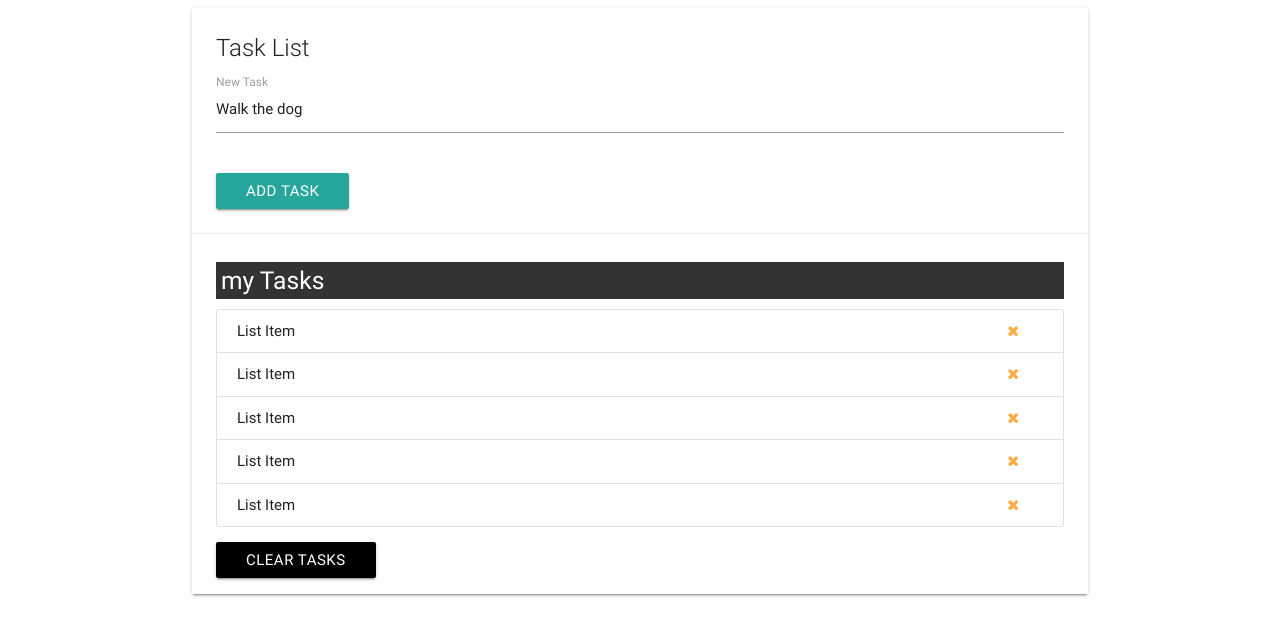
Repository: brianokanga/modern-javascript
Page: Section 3/index.html
These files come from the project's save history. The page is drawn as it stood at one moment and after the next save; the edit follows.
The browser window is 1280 px wide. The pictures show the whole page.
Some web libraries are served in a nearby version.

Above is the page before, as saved 2020-04-03 02:03:30.

### Section 3/index.html
<!DOCTYPE html>
<html lang="en">

<head>
  <meta charset="UTF-8">
  <meta name="viewport" content="width=device-width, initial-scale=1.0">
  <meta http-equiv="X-UA-Compatible" content="ie=edge">
  <link rel="stylesheet" href="https://cdnjs.cloudflare.com/ajax/libs/materialize/0.100.2/css/materialize.min.css">
  <link href="https://maxcdn.bootstrapcdn.com/font-awesome/4.7.0/css/font-awesome.min.css" rel="stylesheet" integrity="sha384-wvfXpqpZZVQGK6TAh5PVlGOfQNHSoD2xbE+QkPxCAFlNEevoEH3Sl0sibVcOQVnN"
    crossorigin="anonymous">
  <title>Task List</title>
</head>

<body>
  <div class="container">
    <div class="row">
      <div class="col s12">
        <div id="main" class="card">
          <div class="card-content">
            <span class="card-title">Task List</span>
            <div class="row">
              <form id="task-form">
                <div class="input-field col s12">
                  <input type="text" name="task" id="task" value="Walk the dog">
                  <label for="task">New Task</label>
                </div>
            </div>
            <input type="submit" value="Add Task" class="btn">
            </form>
          </div>
          <div class="card-action">
            <h5 id="task-title">Tasks</h5>
            <ul class="collection">
              <li class="collection-item">
                List Item
                <a href="#" class="delete-item secondary-content">
                  <i class="fa fa-remove"></i>
                </a>
              </li>
              <li class="collection-item">
                List Item
                <a href="#" class="delete-item secondary-content">
                  <i class="fa fa-remove"></i>
                </a>
              </li>
              <li class="collection-item">
                List Item
                <a href="#" class="delete-item secondary-content">
                  <i class="fa fa-remove"></i>
                </a>
              </li>
              <li class="collection-item">
                List Item
                <a href="#" class="delete-item secondary-content">
                  <i class="fa fa-remove"></i>
                </a>
              </li>
              <li class="collection-item">
                List Item
                <a href="#" class="delete-item secondary-content">
                  <i class="fa fa-remove"></i>
                </a>
              </li>
            </ul>
            <a class="clear-tasks btn black" href="">Clear Tasks</a>
          </div>
        </div>
      </div>
    </div>
  </div>
  <script src="https://code.jquery.com/jquery-3.2.1.js" integrity="sha256-DZAnKJ/6XZ9si04Hgrsxu/8s717jcIzLy3oi35EouyE=" crossorigin="anonymous"></script>
  <script src="https://cdnjs.cloudflare.com/ajax/libs/materialize/0.100.2/js/materialize.min.js"></script>
  <script src="app.js"></script>
</body>

</html>

### Section 3/app.js
let val ;
val = document;
val = document.all;
val = document.all[2];
val = document.all.length;
val = document.head;
val = document.body;
val = document.domain;
val = document.URL;
val = document.characterSet;
val = document.contentType;

val = document.forms;
val = document.forms[0];
val = document.forms[0].id;
val = document.forms[0].method;
val = document.forms[0].action;



val = document.links;
val = document.links[0];
val = document.links[0].id;
val = document.links[0].className;
val = document.links[0].classList[0];

val = document.images;

val = document.scripts;
val = document.scripts[2].getAttribute('src');


let scripts = document.scripts;

let scriptsArr = Array.from(scripts);

scriptsArr.forEach(function(script){
    console.log(scripts);
})

// console.log(val);
//getElementById
console.log(document.getElementById('task-title'));
console.log(document.getElementById('task-title').id);
console.log(document.getElementById('task-title').className);


//change styling
document.getElementById('task-title').style.background = '#333';
document.getElementById('task-title').style.color = '#fff';
document.getElementById('task-title').style.padding = '5px';

// change the content
document.getElementById('task-title').textContent = 'Task lists';
document.getElementById('task-title').innerText = 'my Tasks';

After the next save:
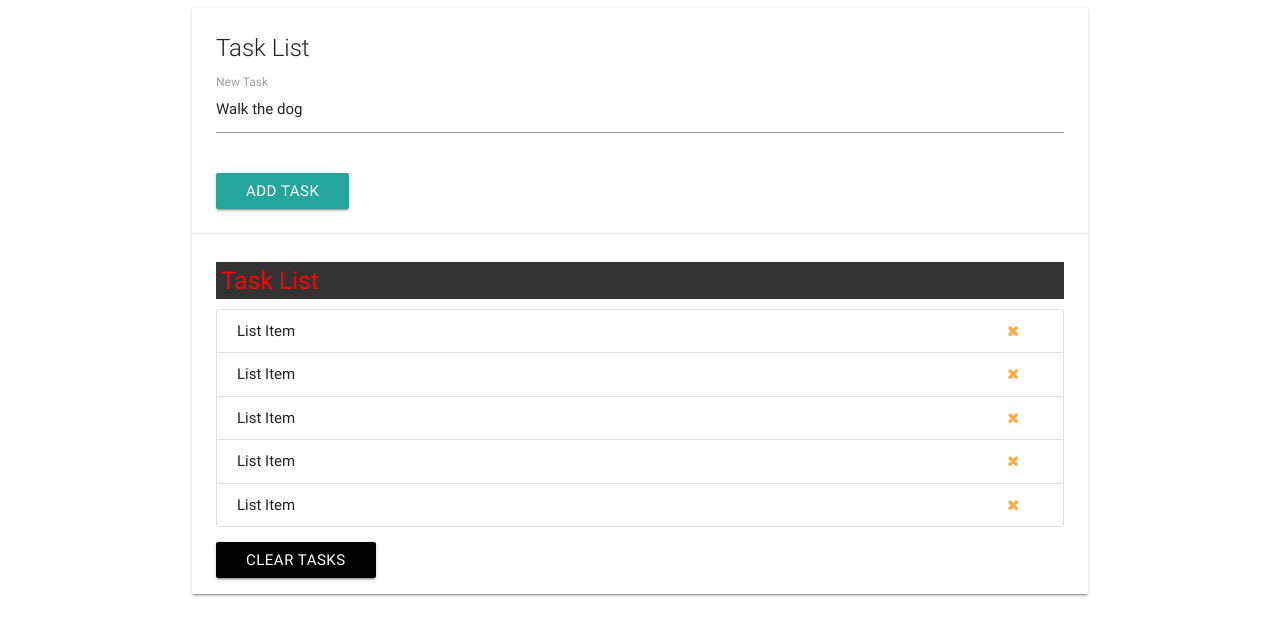
Saved 3 min 28 s later.
--- a/Section 3/app.js
+++ b/Section 3/app.js
@@ -52,4 +52,5 @@ document.getElementById('task-title').style.padding = '5px';
 
 // change the content
 document.getElementById('task-title').textContent = 'Task lists';
-document.getElementById('task-title').innerText = 'my Tasks';
+document.getElementById('task-title').innerText = 'My Tasks';
+document.getElementById('task-title').innerHTML = '<span style="color: red">Task List</span>';
